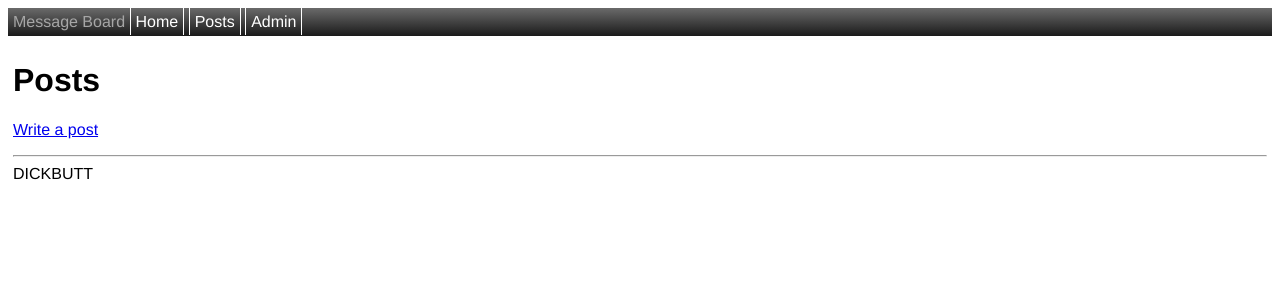
Repository: JesseFo/Whitespace
Page: whitespace/WebContent/WEB-INF/posts2.html
The author's editor kept a copy of each file at every save. The page is drawn from the files as they stood at one save, then again after the next save.
The browser window is 1280 px wide. The pictures show the whole page.

Above is the page before, as saved 2015-12-05 07:38:53.

After the next save:
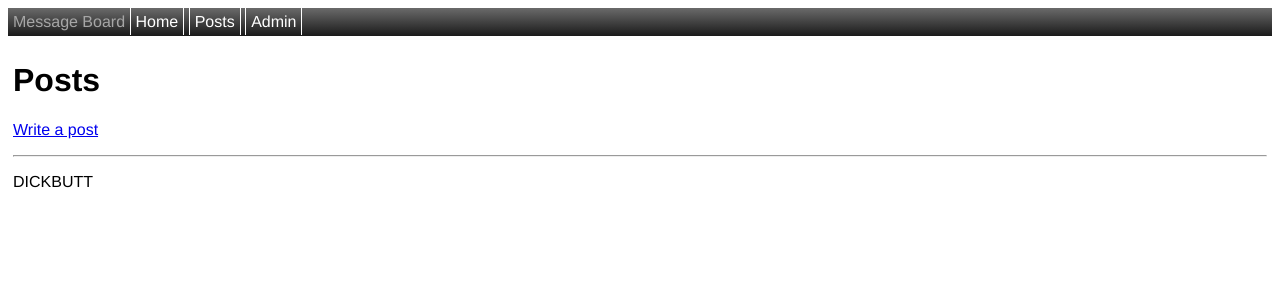
Saved 3 min 43 s later.
--- a/whitespace/WebContent/WEB-INF/posts2.html
+++ b/whitespace/WebContent/WEB-INF/posts2.html
@@ -19,7 +19,7 @@
 				<p><a href="newpost.jsp">Write a post</a></p>
 				<hr />
 				<div class="post">
-					DICKBUTT
+					<p class="posttitle">DICKBUTT</p>
 				</div>
 			</div>
 		</div>
